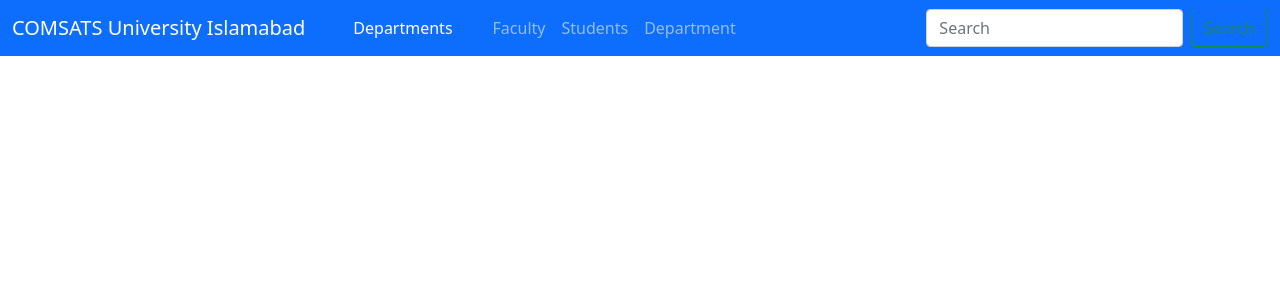
Repository: SaudCh/Web-Mid-Exams
Page: /error
An editor plug-in stored every save of this project. The page is shown before and after the next save, followed by the edit.
The browser window is 1280 px wide. The pictures show the whole page.
The project was rebuilt for these pictures with package versions that can differ from the ones it lists, and the page was loaded fresh each time.

Above is the page before, as saved 2021-11-22 10:33:57.

### src/App.js
import React from "react";
import { BrowserRouter as Router, Switch, Route, Link } from "react-router-dom";
import "../node_modules/bootstrap/dist/css/bootstrap.min.css";
import "../node_modules/bootstrap/dist/js/bootstrap.bundle.min";
import Header from "./Shared/Header";

export default function App() {
  return (
    <Router>
      <Header />
    </Router>
  );
}

### src/Shared/Header.jsx
import React from "react";
import { Link } from "react-router-dom";
export default function Header() {
  return (
    <nav class="navbar navbar-expand-lg navbar-dark bg-primary">
      <div class="container-fluid">
        <Link to="/" class="navbar-brand" href="#">
          COMSATS University Islamabad
        </Link>
        <button
          class="navbar-toggler"
          type="button"
          data-bs-toggle="collapse"
          data-bs-target="#navbarSupportedContent"
          aria-controls="navbarSupportedContent"
          aria-expanded="false"
          aria-label="Toggle navigation"
        >
          <span class="navbar-toggler-icon"></span>
        </button>
        <div class="collapse navbar-collapse" id="navbarSupportedContent">
          <ul class="navbar-nav me-auto mb-2 mb-lg-0">
            <li class="nav-item mx-4">
              <Link to="/" class="nav-link active" aria-current="page" href="#">
                Departments
              </Link>
            </li>
            <li class="nav-item">
              <Link to="/" class="nav-link" href="#">
                Faculty
              </Link>
            </li>

            <li class="nav-item">
              <Link
                to="/"
                class="nav-link"
                href="#"
                tabindex="-1"
                aria-disabled="true"
              >
                Students
              </Link>
            </li>
            <li class="nav-item">
              <Link
                to="/"
                class="nav-link"
                href="#"
                tabindex="-1"
                aria-disabled="true"
              >
                Department
              </Link>
            </li>
          </ul>
          <form class="d-flex">
            <input
              class="form-control me-2"
              type="search"
              placeholder="Search"
              aria-label="Search"
            />
            <button class="btn btn-outline-success" type="submit">
              Search
            </button>
          </form>
        </div>
      </div>
    </nav>
  );
}

Loaded but not shown: public/index.html (common file); src/index.js (common file); src/index.css (common file); src/reportWebVitals.js (common file)

After the next save:
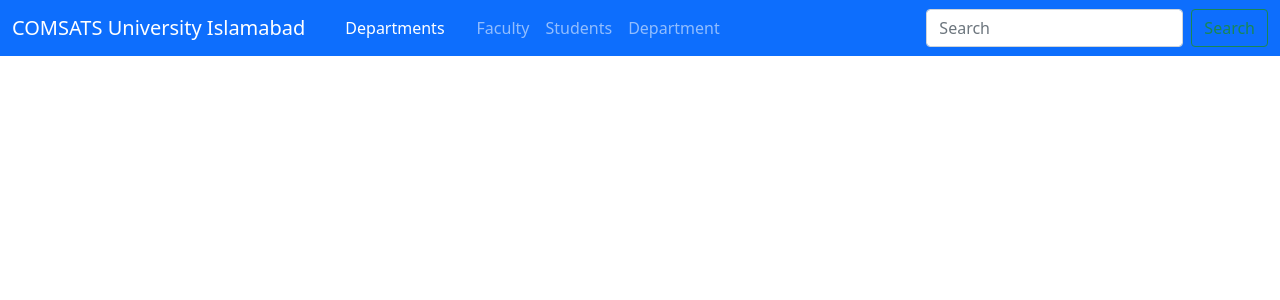
Saved 4 s later.
--- a/src/Shared/Header.jsx
+++ b/src/Shared/Header.jsx
@@ -20,7 +20,7 @@
         </button>
         <div class="collapse navbar-collapse" id="navbarSupportedContent">
           <ul class="navbar-nav me-auto mb-2 mb-lg-0">
-            <li class="nav-item mx-4">
+            <li class="nav-item mx-3">
               <Link to="/" class="nav-link active" aria-current="page" href="#">
                 Departments
               </Link>
